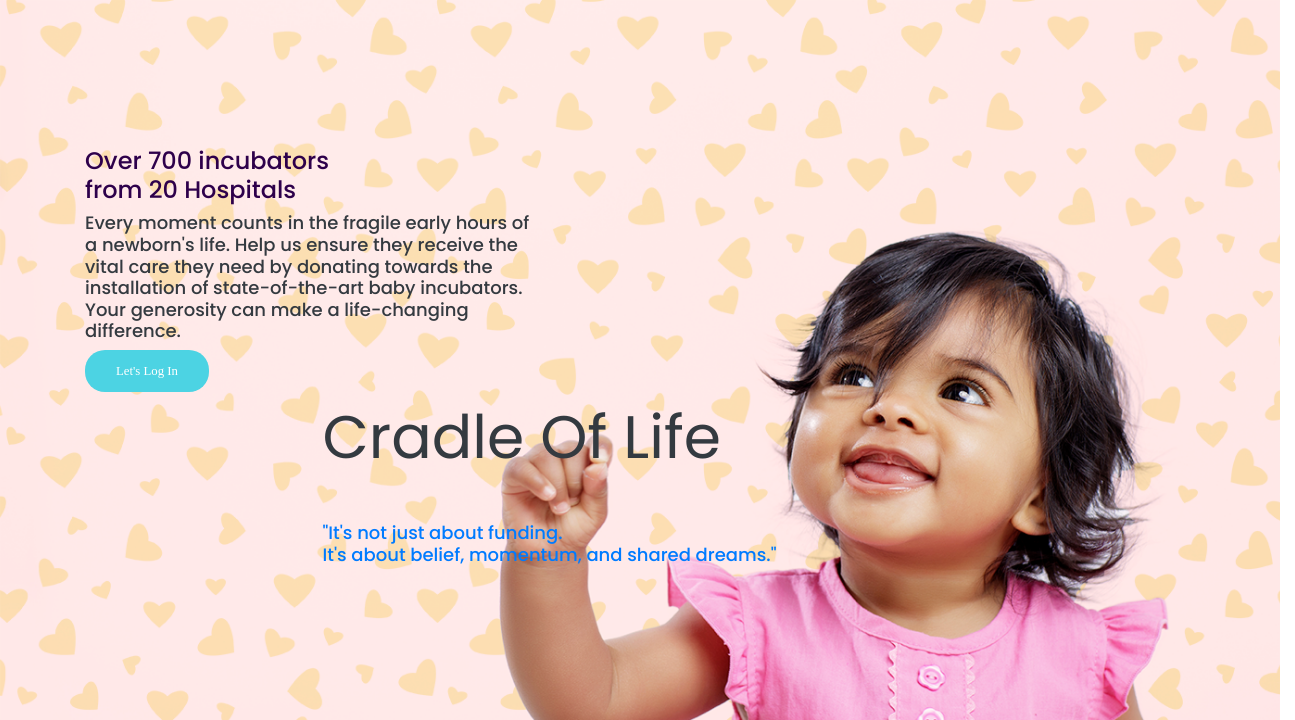
Repository: Adu065/Cradle-of-Life
Page: http://localhost/CradleOfLife/pages/login.jsp
These files come from the project's save history. The page is drawn as it stood at one moment and after the next save; the edit follows.
The browser window is 1280 px wide. The page is 1280 px wide, then 1295 px, so the pictures cover 1295 px, including what lies to the right of the window. The pictures show the whole page.
Some web fonts or font styles are not loaded; a fallback is used. The page is served by Tomcat 9. Other server files are loaded and not shown.

Above is the page before, as saved 2023-08-24 13:58:11.

### CradleOfLife/WebContent/pages/login.jsp
<%@page import="com.helper.UserModel"%>
<%@ page language="java" contentType="text/html; charset=ISO-8859-1"
	pageEncoding="ISO-8859-1"%>
<!DOCTYPE html PUBLIC "-//W3C//DTD HTML 4.01 Transitional//EN" "http://www.w3.org/TR/html4/loose.dtd">
<html>
<head>
<%@include file="../tiles/inc.jsp"%>
</head>
<body>

	<%
		UserModel um = null;
		String role = "", name = "", uid = "";
		boolean isUser = false;
		boolean isAdmin = false;
		boolean isNGO = false;
		if (session.getAttribute("USER_MODEL") != null) {
			um = (UserModel) session.getAttribute("USER_MODEL");
			if (um.getRoleid().equalsIgnoreCase("2")) { // user
				role = "User";
				uid = um.getUserid();
				isUser = true;
			} else if (um.getRoleid().equalsIgnoreCase("1")) {
				role = "NGO";
				uid = um.getUserid();
				isNGO = true;
			} else if (um.getRoleid().equalsIgnoreCase("3")) {
				role = "Administrator";
				uid = um.getUserid();
				isAdmin = true;
			}

		}
	%>
	<div class="slider_area ">
		<div
			class="single_slider d-flex align-items-center justify-content-center slider_bg_1">
			<div class="container">
				<div class="row">
					<div class="col-xl-5 col-lg-6">
						<div class="single_about_info">
							<h3>
								Over 700 incubators <br> from 20 Hospitals
							</h3>
							<h4 class="text-dark">Every moment counts in the fragile early hours of a
								newborn's life. Help us ensure they receive the vital care they
								need by donating towards the installation of state-of-the-art
								baby incubators. Your generosity can make a life-changing
								difference.</h4>
								<a href="#form_login"
								class="login popup-with-form genric-btn success circle ">Let's
								Log In</a>
						</div>
					</div>
				</div>
				<div class="row align-items-center justify-content-center">
					<div class="col-xl-7 col-md-7">
						<div class="slider_info">

							<h3 class="text-dark">Cradle of Life</h3>
							<h4 class="text-primary ">
								"It's not just about funding. </br>It's about belief, momentum, and
								shared dreams."
							</h4>



						</div>
					</div>

					<!-- Sign in-->
					<form id="form_login" class="white-popup-block mfp-hide"
						action="javascript:fnSubmit();">
						<div class="popup_box ">
							<div class="popup_inner">
								<div class="logo text-center">
									<a href="#"> <img
										src="<%=request.getContextPath()%>/theme/img/logo.png" alt="">
									</a>
								</div>
								<h3>Sign in</h3>

								<div class="row">
									<div class="col-xl-12 col-md-12">
										<input type="text" name="username" id="username"
											placeholder="User Name">
									</div>
									<div class="col-xl-12 col-md-12">
										<input type="password" name="password" id="password"
											placeholder="Password">
									</div>
									<div class="col-xl-12">
										<button type="submit" class="boxed_btn_orange">Sign
											in</button>
									</div>
								</div>

								<p class="dont-hav-acc">
									Not Register? <a class="dont-hav-acc" href="#reg_form">Sign
										Up</a>
								</p>
							</div>
						</div>
					</form>
					<!-- form itself end -->

					<!--Registration form -->
					<form id="reg_form" class="white-popup-block mfp-hide"
						action="javascript:fnReg();">
						<div class="col-xl-12 col-md-12">
							<div class="popup_box">
								<div class="popup_inner">
									<h3>Registration</h3>

									<!-- Role Selection -->
									<div class="row">
										<div class="col-xl-12 col-md-12 mb-4">
											<h4 class="text-dark">Who are you?:</h4>
											<select id="roleid" name="roleid" onchange="fnData();">
												<option value="0">Select Role</option>
												<option value="1">NGO</option>
												<option value="2">Donator</option>
												<option value="3">Admin</option>
											</select>
										</div>
									</div>

									<!-- NGO Form Fields -->
									<div id="NGOForm" style="display: none;">
										<div class="col-xl-12 col-md-12">
											<input type="text" name="ngo" id="ngo"
												placeholder="Enter NGO Name">
										</div>
									</div>

									<!-- Common Fields for all roles -->

									<div class="col-xl-12 col-md-12">
										<input type="email" name="email" id="email"
											placeholder="Enter Email">
									</div>
									<div class="col-xl-12 col-md-12">
										<input type="text" name="address" id="address"
											placeholder="Enter Address">
									</div>
									<div class="col-xl-12 col-md-12">
										<input type="text" name="phoneno" id="phoneno"
											pattern="[0-9]{10}" title="Accepted 10 Digit Only"
											placeholder="Mobile Number" required="required">
									</div>
									<!-- User Form Fields -->
									<div id="UserForm" style="display: none;">
										<div class="col-xl-12 col-md-12">
											<input type="text" name="fname" id="fname"
												placeholder="Enter First Name">
										</div>
										<div class="col-xl-12 col-md-12">
											<input type="text" name="lname" id="lname"
												placeholder="Enter Last Name">
										</div>
										<div class="col-xl-12 col-md-12">
											<input type="text" name="pancardno" id="pancardno"
												pattern="^[A-Z]{5}\d{4}[A-Z]{1}$"
												title="Accepted 10 Digit Only"
												placeholder="Enter PAN card No.">
										</div>
									</div>

									<!-- Admin Form Fields -->
									<div id="AdminForm" style="display: none;">
										<div class="col-xl-12 col-md-12">
											<input type="text" name="name" id="adminname"
												placeholder="Enter Name">
										</div>
									</div>

									<!-- Common Fields for username and password -->
									<div class="col-xl-12 col-md-12">
										<input type="text" name="username" id="username"
											placeholder="Enter Username">
									</div>
									<div class="col-xl-12 col-md-12">
										<input type="password" name="password" id="password"
											placeholder="Password">
									</div>
									<div class="col-xl-12 col-md-12">
										<input type="password" name="cpassword" id="cpassword"
											placeholder="Confirm password"> <span
											class="font-weight-bold text-center" id='message'></span>
									</div>
									<div class="col-xl-12 d-flex justify-content-center">
										<button type="submit" class="boxed_btn_orange">Sign
											Up</button>
									</div>
								</div>
							</div>
						</div>
					</form>

					<!-- form itself end -->

				</div>
			</div>
		</div>
	</div>
	<%@include file="../tiles/footer_inc.jsp"%>
</body>
<script type="text/javascript">
$('#password, #cpassword').on('keyup', function () {
	  if ($('#password').val() == $('#cpassword').val()) {
	    $('#message').html('Matching').css('color', 'cyan');
	  } else
	    $('#message').html('Not Matching').css('color', 'red');
	});
	</script>
<script type="text/javascript">
function fnData() {
    var selectedRole = document.getElementById("roleid").value;

    // Hide all form sections by default
    document.getElementById("NGOForm").style.display = "none";
    document.getElementById("UserForm").style.display = "none";
    document.getElementById("AdminForm").style.display = "none";

    // Display appropriate form sections based on the selected role
    if (selectedRole == "1") { // NGO
        document.getElementById("NGOForm").style.display = "block";
    } else if (selectedRole == "2") { // Donator/User
        document.getElementById("UserForm").style.display = "block";
    } else if (selectedRole == "3") { // Admin
        document.getElementById("AdminForm").style.display = "block";
    }
}

function fnSubmit(){
	var str = $("#form_login" ).serialize();
	//alert(str);
	$.post("<%=request.getContextPath()%>/tiles/ajax.jsp?methodId=checkLogin",str, function(data) {

		                    data = $.trim(data);
								if (data==1) {
<%-- 									if(<%=um.getRoleid()%>=="1"){ --%>
                               window.location.href = "<%=request.getContextPath()%>/pages/index.jsp";
<%-- 									}if(<%=um.getRoleid()%>=="2"){ --%>
<%-- 										WINDOW.LOCATION.HREF="<%=REQUEST.GETCONTEXTPATH()%>/PAGES/ADDSTATION.JSP";     --%>
								//	}


							}else {
								alert("Please Enter Valid Credentials");
							}
							$('#form_login')[0].reset();
						});
}


	//registration form
	function fnReg(){
	var str = $("#reg_form").serialize();
// 	alert(str);
	$.post("<%=request.getContextPath()%>/tiles/ajax.jsp?methodId=registerNewUser",
						str, function(data) {
							data = $.trim(data);
							if (data==1) {

								window.location.href="<%=request.getContextPath()%>/pages/login.jsp";
							} else {
								alert("Error");
							}
							$('#reg_form')[0].reset();
						});
	}
</script>
</html>

### CradleOfLife/WebContent/tiles/inc.jsp
    <meta charset="utf-8">
    <meta http-equiv="x-ua-compatible" content="ie=edge">
    <title>Cradle of Life</title>
    <meta name="description" content="">
    <meta name="viewport" content="width=device-width, initial-scale=1">

    <!-- <link rel="manifest" href="site.webmanifest"> -->
    <link rel="shortcut icon" type="image/x-icon" href="<%=request.getContextPath()%>/theme/img/favicon.png">
    <!-- Place favicon.ico in the root directory -->

    <!-- CSS here -->
    <link rel="stylesheet" href="<%=request.getContextPath()%>/theme/css/bootstrap.css">
    <link rel="stylesheet" href="<%=request.getContextPath()%>/theme/css/owl.carousel.min.css">
    <link rel="stylesheet" href="<%=request.getContextPath()%>/theme/css/magnific-popup.css">
    <link rel="stylesheet" href="<%=request.getContextPath()%>/theme/css/font-awesome.min.css">
    <link rel="stylesheet" href="<%=request.getContextPath()%>/theme/css/themify-icons.css">
    <link rel="stylesheet" href="<%=request.getContextPath()%>/theme/css/nice-select.css">
    <link rel="stylesheet" href="<%=request.getContextPath()%>/theme/css/flaticon.css">
    <link rel="stylesheet" href="<%=request.getContextPath()%>/theme/css/gijgo.css">
    <link rel="stylesheet" href="<%=request.getContextPath()%>/theme/css/animate.css">
    <link rel="stylesheet" href="<%=request.getContextPath()%>/theme/css/slicknav.css">
    <link rel="stylesheet" href="<%=request.getContextPath()%>/theme/css/style.css">
<%--     <link rel="stylesheet" href="<%=request.getContextPath()%>/theme/css/allicons.css"> --%>
    <link rel="stylesheet" href="https://cdnjs.cloudflare.com/ajax/libs/font-awesome/5.15.1/css/all.min.css">

### CradleOfLife/WebContent/tiles/footer_inc.jsp

<!-- JS here -->
<script
	src="<%=request.getContextPath()%>/theme/js/vendor/modernizr-3.5.0.min.js"></script>
<script
	src="<%=request.getContextPath()%>/theme/js/vendor/jquery-1.12.4.min.js"></script>
<script src="<%=request.getContextPath()%>/theme/js/popper.min.js"></script>
<script src="<%=request.getContextPath()%>/theme/js/bootstrap.min.js"></script>
<script src="<%=request.getContextPath()%>/theme/js/owl.carousel.min.js"></script>
<script src="<%=request.getContextPath()%>/theme/js/isotope.pkgd.min.js"></script>
<script src="<%=request.getContextPath()%>/theme/js/ajax-form.js"></script>
<script src="<%=request.getContextPath()%>/theme/js/waypoints.min.js"></script>
<script
	src="<%=request.getContextPath()%>/theme/js/jquery.counterup.min.js"></script>
<script
	src="<%=request.getContextPath()%>/theme/js/imagesloaded.pkgd.min.js"></script>
<script src="<%=request.getContextPath()%>/theme/js/scrollIt.js"></script>
<script
	src="<%=request.getContextPath()%>/theme/js/jquery.scrollUp.min.js"></script>
<script src="<%=request.getContextPath()%>/theme/js/wow.min.js"></script>
<script src="<%=request.getContextPath()%>/theme/js/nice-select.min.js"></script>
<script
	src="<%=request.getContextPath()%>/theme/js/jquery.slicknav.min.js"></script>
<script
	src="<%=request.getContextPath()%>/theme/js/jquery.magnific-popup.min.js"></script>
<script src="<%=request.getContextPath()%>/theme/js/plugins.js"></script>
<script src="<%=request.getContextPath()%>/theme/js/gijgo.min.js"></script>

<!--contact js-->
<script src="<%=request.getContextPath()%>/theme/js/contact.js"></script>
<script
	src="<%=request.getContextPath()%>/theme/js/jquery.ajaxchimp.min.js"></script>
<script src="<%=request.getContextPath()%>/theme/js/jquery.form.js"></script>
<script
	src="<%=request.getContextPath()%>/theme/js/jquery.validate.min.js"></script>
<script src="<%=request.getContextPath()%>/theme/js/mail-script.js"></script>
<script src="<%=request.getContextPath()%>/theme/js/main.js"></script>

Loaded but not shown: CradleOfLife/WebContent/theme/css/bootstrap.css (library); CradleOfLife/WebContent/theme/css/owl.carousel.min.css (common file); CradleOfLife/WebContent/theme/css/magnific-popup.css (library); CradleOfLife/WebContent/theme/css/font-awesome.min.css (library); CradleOfLife/WebContent/theme/css/themify-icons.css (common file); CradleOfLife/WebContent/theme/css/nice-select.css (common file); CradleOfLife/WebContent/theme/css/flaticon.css (common file); CradleOfLife/WebContent/theme/css/animate.css (library); CradleOfLife/WebContent/theme/css/slicknav.css (common file); CradleOfLife/WebContent/theme/css/style.css (library); CradleOfLife/WebContent/theme/js/popper.min.js (library); CradleOfLife/WebContent/theme/js/bootstrap.min.js (library); CradleOfLife/WebContent/theme/js/owl.carousel.min.js (library); CradleOfLife/WebContent/theme/js/isotope.pkgd.min.js (library); CradleOfLife/WebContent/theme/js/waypoints.min.js (library); CradleOfLife/WebContent/theme/js/jquery.counterup.min.js (common file); CradleOfLife/WebContent/theme/js/imagesloaded.pkgd.min.js (library); CradleOfLife/WebContent/theme/js/jquery.scrollUp.min.js (common file); CradleOfLife/WebContent/theme/js/wow.min.js (library); CradleOfLife/WebContent/theme/js/nice-select.min.js (common file); CradleOfLife/WebContent/theme/js/jquery.slicknav.min.js (library); CradleOfLife/WebContent/theme/js/jquery.magnific-popup.min.js (library); CradleOfLife/WebContent/theme/js/gijgo.min.js (library); CradleOfLife/WebContent/theme/js/jquery.ajaxchimp.min.js (library); CradleOfLife/WebContent/theme/js/jquery.form.js (library); CradleOfLife/WebContent/theme/js/jquery.validate.min.js (library); CradleOfLife/WebContent/theme/js/main.js (317 lines, source omitted); CradleOfLife/WebContent/theme/js/scrollIt.js (129 lines, source omitted); CradleOfLife/WebContent/theme/js/contact.js (85 lines, source omitted); CradleOfLife/WebContent/theme/js/mail-script.js (31 lines, source omitted); CradleOfLife/WebContent/theme/js/ajax-form.js (48 lines, source omitted); CradleOfLife/WebContent/theme/js/plugins.js (24 lines, source omitted); CradleOfLife/WebContent/theme/css/gijgo.css (2704 lines, source omitted)

After the next save:
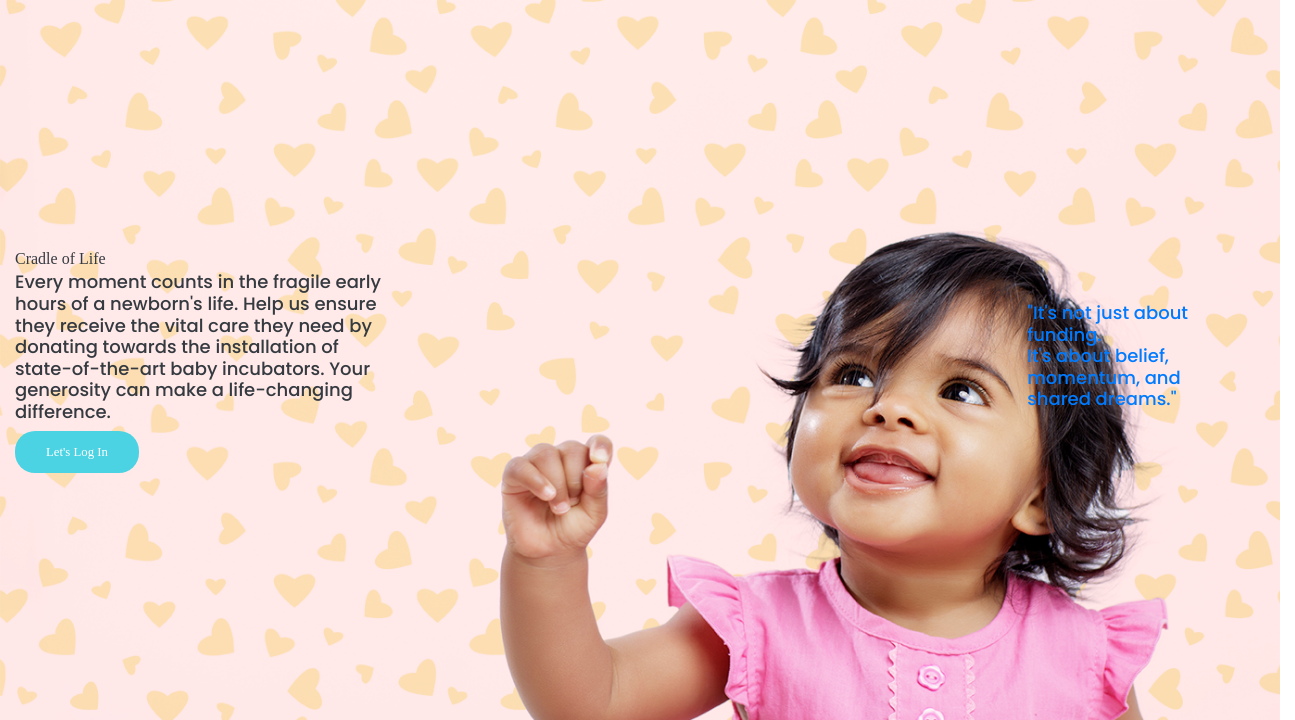
Saved 16 s later.
--- a/CradleOfLife/WebContent/pages/login.jsp
+++ b/CradleOfLife/WebContent/pages/login.jsp
@@ -38,10 +38,7 @@
 			<div class="container">
 				<div class="row">
 					<div class="col-xl-5 col-lg-6">
-						<div class="single_about_info">
-							<h3>
-								Over 700 incubators <br> from 20 Hospitals
-							</h3>
+						<d<h3 class="text-dark">Cradle of Life</h3>
 							<h4 class="text-dark">Every moment counts in the fragile early hours of a
 								newborn's life. Help us ensure they receive the vital care they
 								need by donating towards the installation of state-of-the-art
@@ -57,7 +54,7 @@
 					<div class="col-xl-7 col-md-7">
 						<div class="slider_info">
 
-							<h3 class="text-dark">Cradle of Life</h3>
+
 							<h4 class="text-primary ">
 								"It's not just about funding. </br>It's about belief, momentum, and
 								shared dreams."
